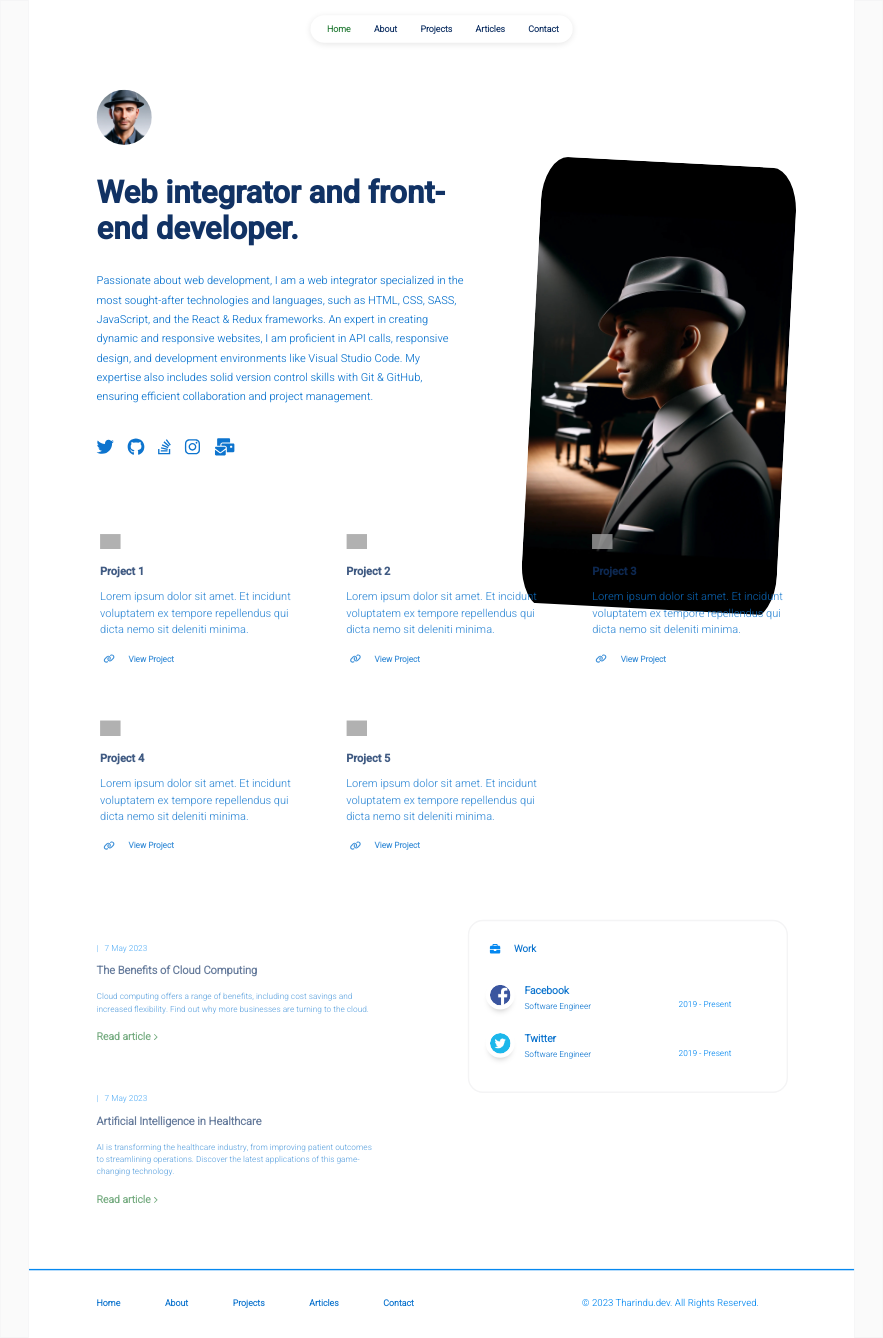
Repository: Dimple3377/reactfolio-master
Page: /
These files come from the project's save history. The page is drawn as it stood at one moment and after the next save; the edit follows.
The browser window is 1280 px wide. The pictures show the whole page, at 69% of full size.
Pictures or frames that could not be fetched are drawn as grey boxes. The project was rebuilt for these pictures with package versions that can differ from the ones it lists, and the page was loaded fresh each time. Also part of the build but not shown: src/components/about/socials.jsx, src/pages/styles/about.css, src/pages/about.jsx, src/pages/styles/projects.css, src/pages/projects.jsx, src/components/articles/article.jsx, src/pages/styles/articles.css, src/pages/articles.jsx and 5 more.

Above is the page before, as saved 2024-04-24 00:35:39.

After the next save:
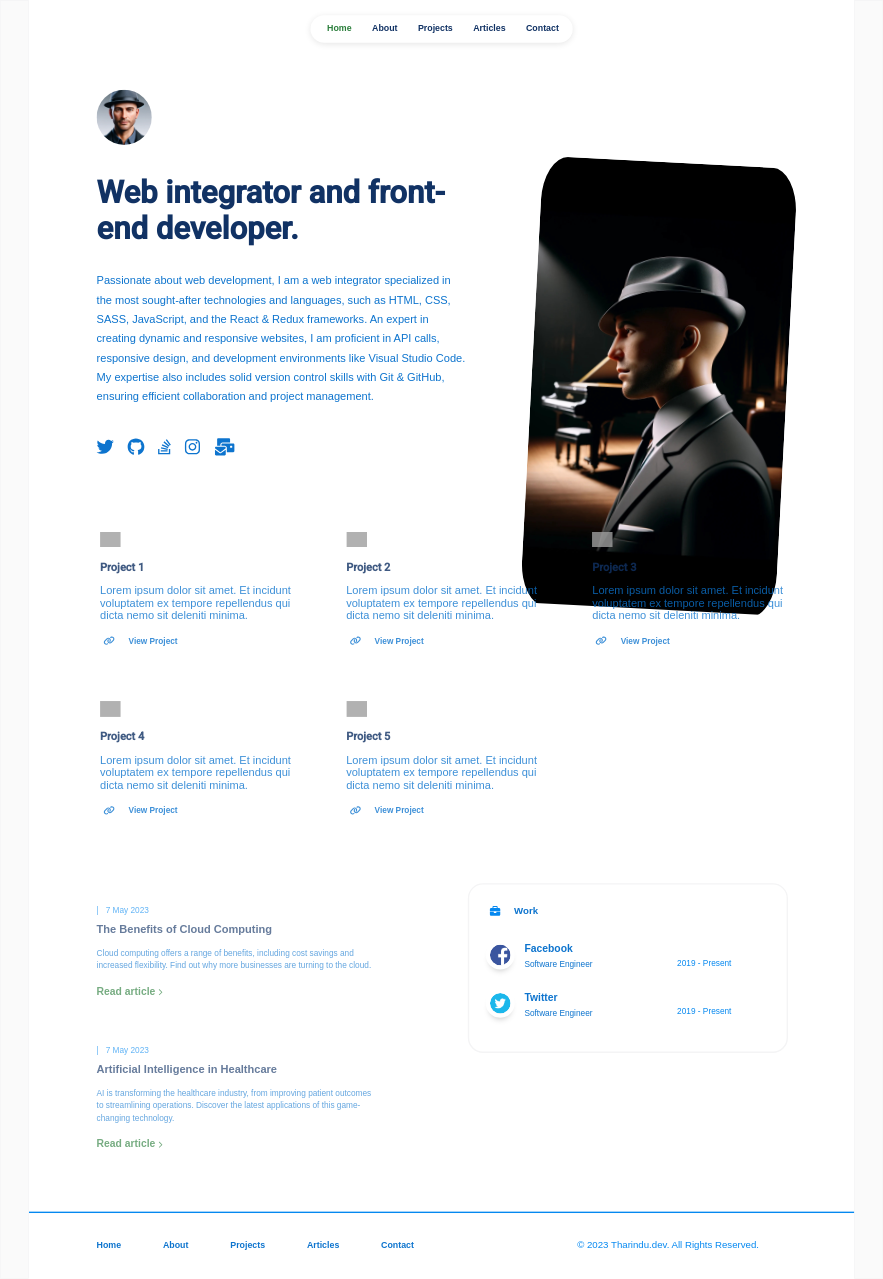
Saved 30 min 52 s later.
--- a/src/data/styles.css
+++ b/src/data/styles.css
@@ -8,7 +8,7 @@
 	/* ---------------------- */
 
 	/* ------- fonts ------- */
-	--primary-font: "Heebo", sans-serif;
+	--primary-font: "Arial", sans-serif;
 	--secondary-font: "Roboto", sans-serif;
 	/* --------------------- */
 }

After the save that followed:
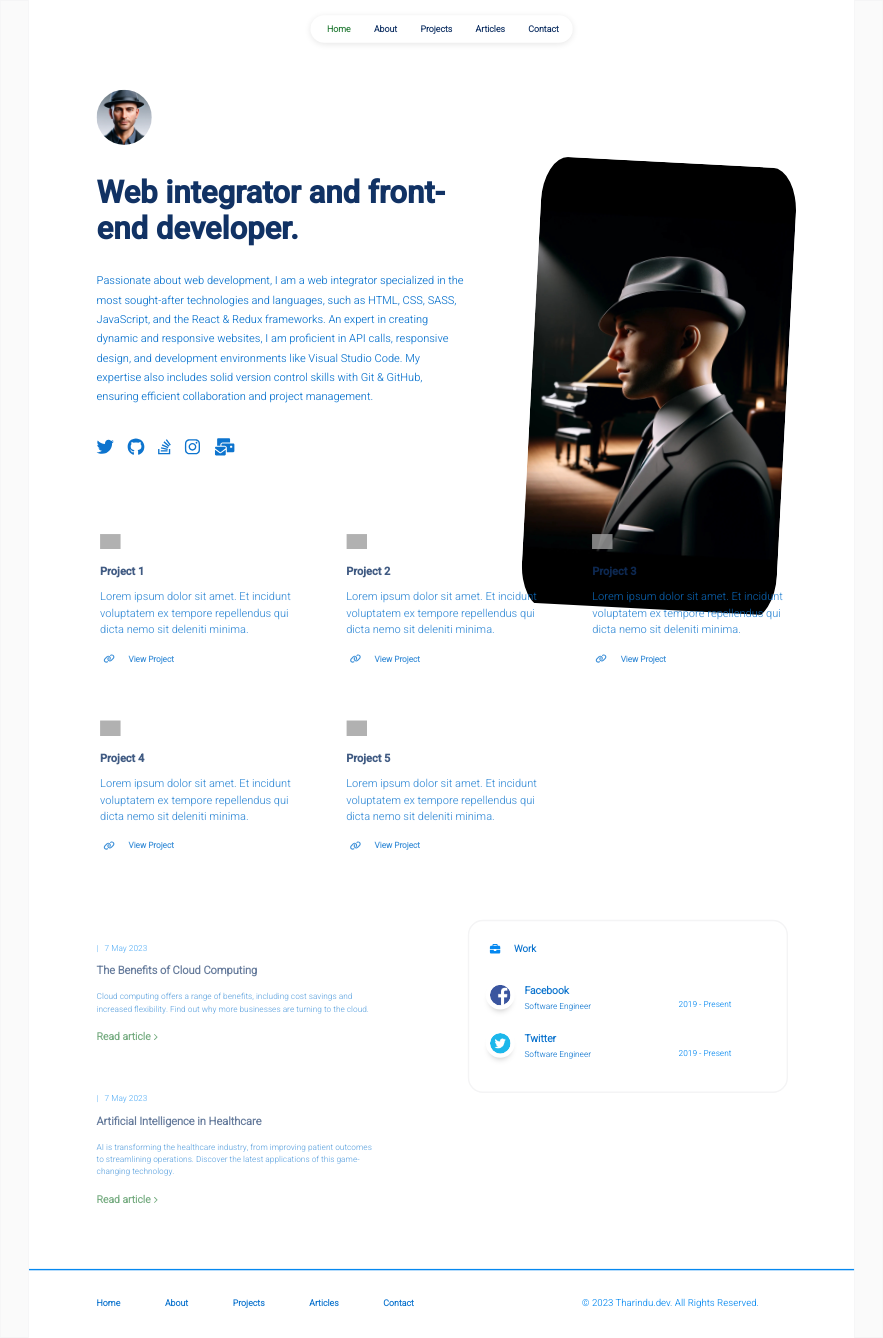
Saved 92 s later.
--- a/src/data/styles.css
+++ b/src/data/styles.css
@@ -8,7 +8,7 @@
 	/* ---------------------- */
 
 	/* ------- fonts ------- */
-	--primary-font: "Arial", sans-serif;
+	--primary-font: "Heebo", sans-serif;
 	--secondary-font: "Roboto", sans-serif;
 	/* --------------------- */
 }
